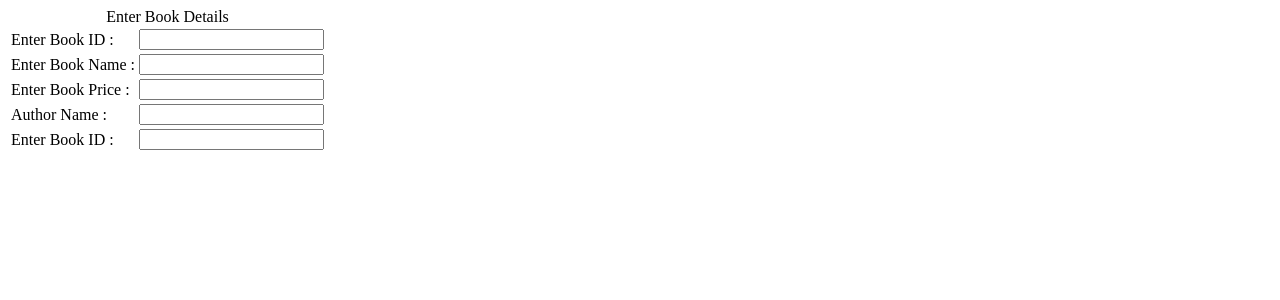
Repository: Pankaj08072001/Adv_Java
Page: 04_Servlet_04/src/main/webapp/AddBook.html
An editor plug-in stored every save of this project. The page is shown before and after the next save, followed by the edit.
The browser window is 1280 px wide. The pictures show the whole page.

Above is the page before, as saved 2025-03-18 18:06:54.

After the next save:
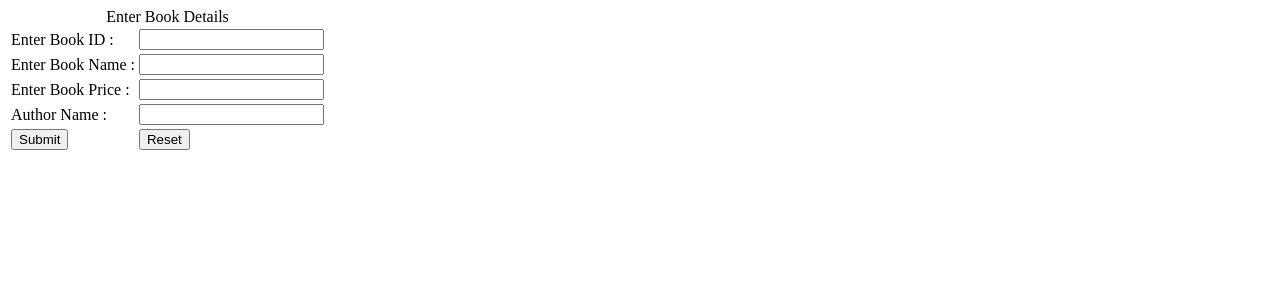
Saved 113 s later.
--- a/04_Servlet_04/src/main/webapp/AddBook.html
+++ b/04_Servlet_04/src/main/webapp/AddBook.html
@@ -5,6 +5,7 @@
 <title>Insert title here</title>
 </head>
 <body>
+<form action="">
 	<table>
 		<caption>Enter Book Details</caption>
 		<tr>
@@ -24,15 +25,16 @@
 
 		<tr>
 			<td>Author Name :</td>
-			<td><input type="text" name=""></td>
+			<td><input type="text" name="author"></td>
 		</tr>
 
 		<tr>
-			<td>Enter Book ID :</td>
-			<td><input type="number" name="id"></td>
+			<td><input type="submit"></td>
+			<td><input type="reset"></td>
 		</tr>
 
 	</table>
+	</form>
 
 </body>
 </html>
